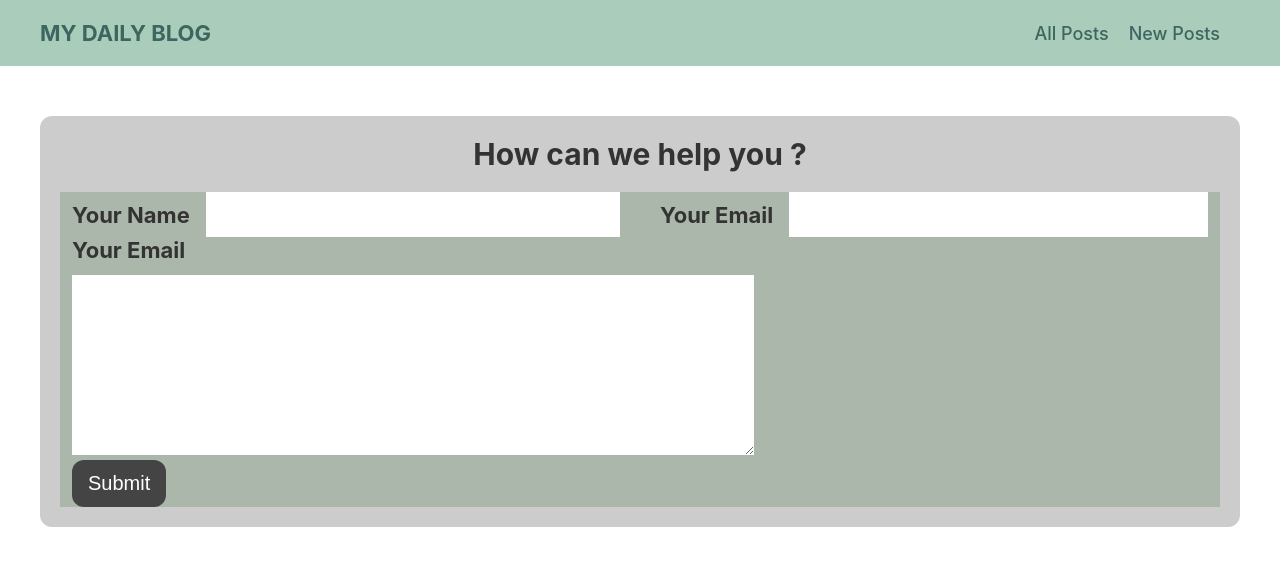
Repository: lyvandat/post-project-nextjs
Page: /new-post
An editor plug-in stored every save of this project. The page is shown before and after the next save, followed by the edit.
The browser window is 1280 px wide. The pictures show the whole page.
The project was rebuilt for these pictures with package versions that can differ from the ones it lists, and the page was loaded fresh each time. The framework's server and built-in components were replaced by stand-ins that run in the browser. Also part of the build but not shown: next.config.js.

Above is the page before, as saved 2022-09-26 18:40:42.

### pages/_app.tsx
import "../styles/globals.css";
import type { AppProps } from "next/app";
import Layout from "../components/layout/Layout";

function MyApp({ Component, pageProps }: AppProps) {
  return (
    <Layout>
      <Component {...pageProps} />
    </Layout>
  );
}

export default MyApp;

### pages/new-post.tsx
import NewPost from "../components/posts/NewPost";
const NewPostPage: React.FC = (props) => {
  return <NewPost />;
};

export default NewPostPage;

### styles/globals.css
:root {
  --background-green: #aacdbb;
  --light-green: #abb7ab;
  --medium-green: #8b9874;
  --high-green: #3e6660;
}

html,
body {
  color: var(--medium-green);
  padding: 0;
  margin: 0;
  font-family: -apple-system, BlinkMacSystemFont, Segoe UI, Roboto, Oxygen,
    Ubuntu, Cantarell, Fira Sans, Droid Sans, Helvetica Neue, sans-serif;
}

html {
  font-size: 62.5%;
}

body {
  font-size: 1.6rem;
}

a {
  color: inherit;
  text-decoration: none;
}

* {
  box-sizing: border-box;
  margin: 0;
  border: 0;
  padding: 0;
}

ul {
  padding-left: 0;
  list-style: none;
}

button {
  outline: none;
}

img {
  display: block;
  max-width: 100%;
}

.container {
  max-width: 1200px;
  width: 100%;
  margin-left: auto;
  margin-right: auto;
}

.container > h2 {
  text-align: center;
  color: white;
  opacity: 0.66;
  margin-bottom: 40px;
  margin-top: 10px;
  padding-top: 30px;
  font-size: 2.8rem;
  font-weight: 600;
  text-transform: capitalize;
}

.padding-section {
  padding-top: 50px;
  padding-bottom: 30px;
}

### components/layout/Layout.tsx
import React from "react";
import classes from "./Layout.module.css";
import MainNavigation from "./MainNavigation";

const Layout: React.FC<{ children: React.ReactNode }> = (props) => {
  return (
    <React.Fragment>
      <MainNavigation></MainNavigation>
      <main className={classes.main}>{props.children}</main>
    </React.Fragment>
  );
};

export default Layout;

### components/posts/NewPost.tsx
import classes from "./NewPost.module.css";

const NewPost: React.FC = (props) => {
  return (
    <section className={`${classes.contact} container`}>
      <h1> How can we help you ?</h1>
      <form className={classes.form}>
        <div className={classes.controls}>
          <div className={classes.control}>
            <label htmlFor="name">Your Name</label>
            <input id="name" type="text"></input>
          </div>
          <div className={classes.control}>
            <label htmlFor="email">Your Email</label>
            <input id="email" type="text"></input>
          </div>
        </div>
        <div className={classes.text}>
          <label htmlFor="feedback">Your Email</label>
          <textarea id="feedback" rows={12}></textarea>
        </div>
        <div className={classes.actions}>
          <button type="submit">Submit</button>
        </div>
      </form>
    </section>
  );
};

export default NewPost;

### components/layout/Layout.module.css
.main {
  width: 100%;
  margin-left: auto;
  margin-right: auto;
}

### components/layout/MainNavigation.tsx
import classes from "./MainNavigation.module.css";
import Link from "next/link";

const MainNavigation: React.FC = (props) => {
  return (
    <header className={classes["main-header"]}>
      <div className={classes.container}>
        <Link href="/">
          <a>
            <h2>My Daily Blog</h2>
          </a>
        </Link>
        <nav>
          <ul>
            <li>
              <Link href="/all-posts">All Posts</Link>
            </li>
            <li>
              <Link href="/new-post">New Posts</Link>
            </li>
          </ul>
        </nav>
      </div>
    </header>
  );
};

export default MainNavigation;

### components/posts/NewPost.module.css
.contact {
  background-color: #ccc;
  border-radius: 12px;
  padding: 20px;
  color: #333;
  font-size: 2.2rem;
  font-weight: bold;
  margin-top: 50px;
}

.contact h1 {
  font-size: 3rem;
  text-align: center;
  margin-bottom: 20px;
}

.form {
  padding: 0 12px;
  background-color: var(--light-green);
}

.controls {
  display: flex;
  flex-flow: row nowrap;
  justify-content: space-between;
}

.control {
  width: calc(50% - 20px);
  display: flex;
  align-items: center;
}

.control label {
  margin-right: 16px;
}

.control input {
  flex: 1;
  padding: 12px;
  font-size: 1.8rem;
}

.text textarea {
  width: 60%;
}

.text label {
  display: block;
  margin-bottom: 12px;
}

.actions {
  margin-left: auto;
}

.actions button {
  font-size: 2rem;
  background-color: #444;
  color: #fff;
  padding: 12px 16px;
  border-radius: 12px;
}

.actions button:hover {
  background-color: #222;
}

### components/layout/MainNavigation.module.css
.main-header {
  background-color: var(--background-green);
  padding: 20px;
}

.container {
  color: var(--high-green);
  width: 100%;
  max-width: 1200px;
  display: flex;
  justify-content: space-between;
  align-items: center;
  margin: 0 auto;
}

.container h2 {
  font-size: 22px;
  font-weight: 700;
  text-transform: uppercase;
}

.container nav {
}

.container ul {
  display: flex;
  justify-content: flex-start;
}

.container li {
  margin-right: 20px;
}

.container a {
  font-weight: 600;
  font-size: 18px;
  font-weight: 500;
}

After the next save:
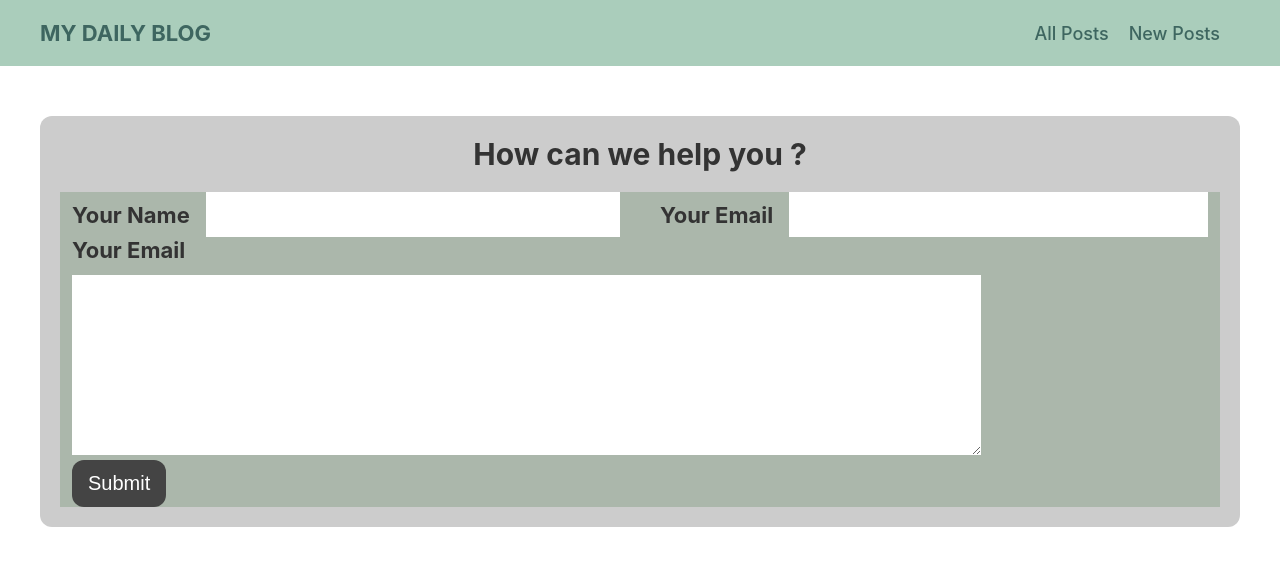
Saved 9 s later.
--- a/components/posts/NewPost.module.css
+++ b/components/posts/NewPost.module.css
@@ -42,7 +42,7 @@
 }
 
 .text textarea {
-  width: 60%;
+  width: 80%;
 }
 
 .text label {
